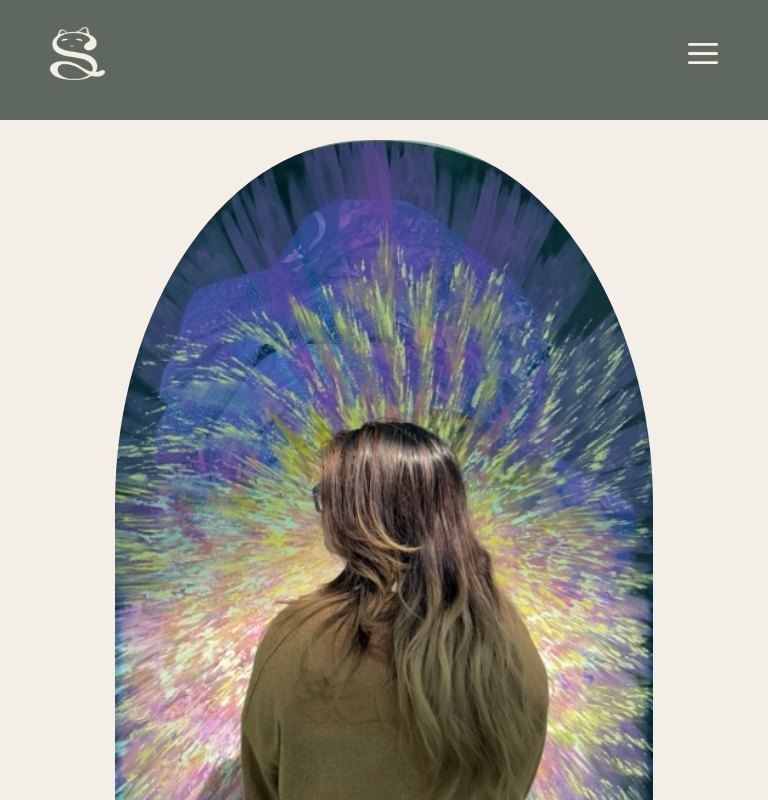
Repository: SandyLy453/portfolio
Page: /
An editor plug-in stored every save of this project. The page is shown before and after the next save, followed by the edit.
The browser window is 768 px wide. The pictures show the whole page.
An inner scrolling area shows only its first screen. The project was rebuilt for these pictures with package versions that can differ from the ones it lists, and the page was loaded fresh each time. The framework's server and built-in components were replaced by stand-ins that run in the browser. Also part of the build but not shown: next.config.mjs, modules/Footer/Footer.module.css, modules/Footer/Footer.js, modules/ProjectCard/ProjectCard.module.css, modules/ProjectCard/Projectcard.js.

Above is the page before, as saved 2025-02-17 17:11:28.

After the next save:
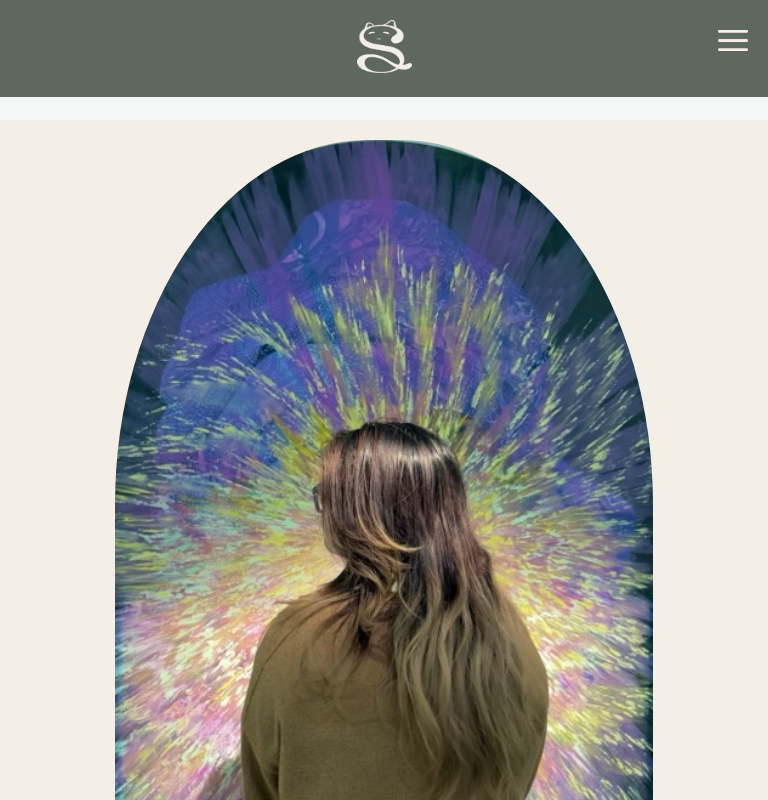
Saved 37 s later.
--- a/modules/Header/Header.module.css
+++ b/modules/Header/Header.module.css
@@ -1,13 +1,9 @@
 .header {
-    margin:0;
-    margin-left: auto;
-    margin-right: auto;
+    margin: 0 auto;
     width: 70vw;
-    height: 120px;
+    height: 120px; /* Default height */
     background-color: var(--forest);
-    padding: 20px 50px ;
-    padding-bottom: 30px;
-
+    padding: 20px 50px;
     display: flex;
     flex-direction: row;
     justify-content: space-between;
@@ -16,18 +12,24 @@
     right: 15vw;
     top: 0;
     z-index: 999;
+    transition: height 0.3s ease-in-out; /* Smooth transition */
 }
 
+/* Expands header height when menu is open */
 .headerExpanded {
     height: 250px; /* Adjust this height based on menu content */
 }
 
+/* Default menu for large screens */
 .menu {
     display: flex;
     flex-direction: row;
     gap: 50px;
+    opacity: 1;
+    transition: opacity 0.3s ease-in-out;
 }
 
+/* Responsive menu (expands inside header) */
 .menuExpanded {
     display: flex;
     flex-direction: column;
@@ -36,11 +38,13 @@
     width: 100%;
 }
 
+/* Menu Options */
 .menuOption {
     font-size: 20px;
     font-weight: 600;
 }
 
+/* Links */
 .link {
     text-decoration: none;
     color: var(--cream);
@@ -51,6 +55,7 @@
     color: var(--midnight);
 }
 
+/* Hide hamburger icon on large screens */
 .hamburger {
     display: none;
     background: none;
@@ -58,46 +63,42 @@
     cursor: pointer;
 }
 
-
-@media screen and (max-width: 1460px) {
-    .header {
-        width: 80vw;
-        right: 10vw;
-    }
-}
-
+/* Responsive menu for small screens */
 @media screen and (max-width: 768px) {
     .header {
         width: 100vw;
         right: 0;
         display: flex;
-        flex-direction: row;
-        justify-content: space-between;
+        flex-direction: column;
         align-items: center;
+        justify-content: flex-start;
+        height: auto;
     }
 
+    /* Hamburger button appears */
     .hamburger {
         display: block;
+        position: absolute;
+        right: 20px;
+        top: 30px;
         z-index: 10;
     }
 
+    /* Hide menu by default */
     .menu {
         display: none;
-        position: absolute;
-        top: 120px;
-        right: 20px;
-        background: white;
         flex-direction: column;
-        gap: 15px;
-        padding: 15px;
-        border-radius: 5px;
-        box-shadow: 0px 4px 6px rgba(0, 0, 0, 0.1);
+        align-items: center;
+        width: 100%;
         opacity: 0;
-        transform: translateY(-10px);
-        transition: opacity 0.3s ease, transform 0.3s ease;
+        transform: scaleY(0);
+        transition: transform 0.3s ease-in-out, opacity 0.3s ease-in-out;
     }
 
+    /* Expands menu inside the header */
     .menuExpanded {
         display: flex;
+        opacity: 1;
+        transform: scaleY(1);
     }
 }

After the save that followed:
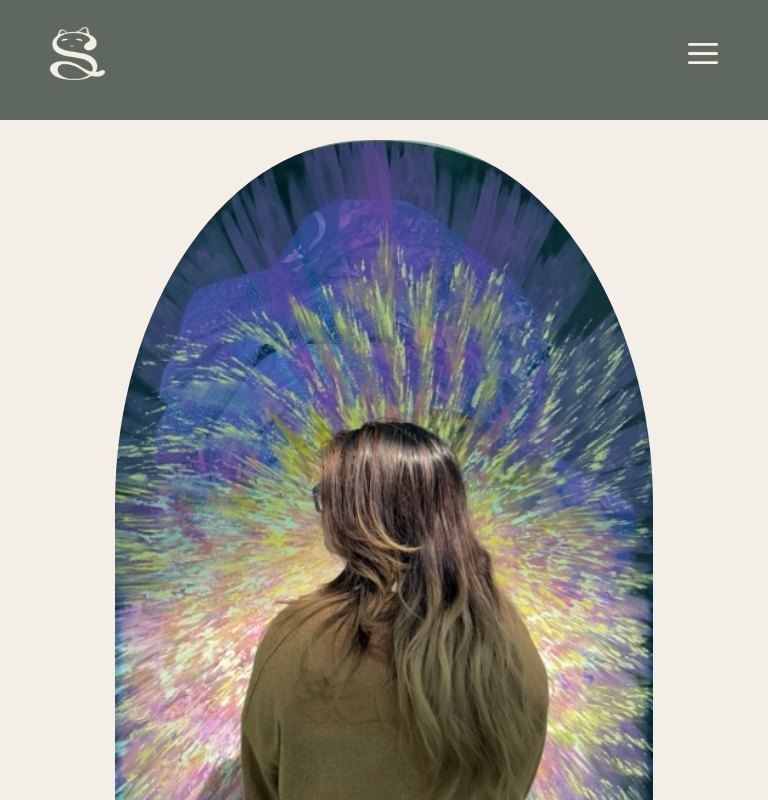
Saved 30 s later.
--- a/modules/Header/Header.module.css
+++ b/modules/Header/Header.module.css
@@ -1,9 +1,13 @@
 .header {
-    margin: 0 auto;
+    margin:0;
+    margin-left: auto;
+    margin-right: auto;
     width: 70vw;
-    height: 120px; /* Default height */
+    height: 120px;
     background-color: var(--forest);
-    padding: 20px 50px;
+    padding: 20px 50px ;
+    padding-bottom: 30px;
+
     display: flex;
     flex-direction: row;
     justify-content: space-between;
@@ -12,24 +16,18 @@
     right: 15vw;
     top: 0;
     z-index: 999;
-    transition: height 0.3s ease-in-out; /* Smooth transition */
 }
 
-/* Expands header height when menu is open */
 .headerExpanded {
     height: 250px; /* Adjust this height based on menu content */
 }
 
-/* Default menu for large screens */
 .menu {
     display: flex;
     flex-direction: row;
     gap: 50px;
-    opacity: 1;
-    transition: opacity 0.3s ease-in-out;
 }
 
-/* Responsive menu (expands inside header) */
 .menuExpanded {
     display: flex;
     flex-direction: column;
@@ -38,13 +36,11 @@
     width: 100%;
 }
 
-/* Menu Options */
 .menuOption {
     font-size: 20px;
     font-weight: 600;
 }
 
-/* Links */
 .link {
     text-decoration: none;
     color: var(--cream);
@@ -55,7 +51,6 @@
     color: var(--midnight);
 }
 
-/* Hide hamburger icon on large screens */
 .hamburger {
     display: none;
     background: none;
@@ -63,42 +58,46 @@
     cursor: pointer;
 }
 
-/* Responsive menu for small screens */
+
+@media screen and (max-width: 1460px) {
+    .header {
+        width: 80vw;
+        right: 10vw;
+    }
+}
+
 @media screen and (max-width: 768px) {
     .header {
         width: 100vw;
         right: 0;
         display: flex;
-        flex-direction: column;
+        flex-direction: row;
+        justify-content: space-between;
         align-items: center;
-        justify-content: flex-start;
-        height: auto;
     }
 
-    /* Hamburger button appears */
     .hamburger {
         display: block;
-        position: absolute;
-        right: 20px;
-        top: 30px;
         z-index: 10;
     }
 
-    /* Hide menu by default */
     .menu {
         display: none;
+        position: absolute;
+        top: 120px;
+        right: 20px;
+        background: white;
         flex-direction: column;
-        align-items: center;
-        width: 100%;
+        gap: 15px;
+        padding: 15px;
+        border-radius: 5px;
+        box-shadow: 0px 4px 6px rgba(0, 0, 0, 0.1);
         opacity: 0;
-        transform: scaleY(0);
-        transition: transform 0.3s ease-in-out, opacity 0.3s ease-in-out;
+        transform: translateY(-10px);
+        transition: opacity 0.3s ease, transform 0.3s ease;
     }
 
-    /* Expands menu inside the header */
     .menuExpanded {
         display: flex;
-        opacity: 1;
-        transform: scaleY(1);
     }
 }
